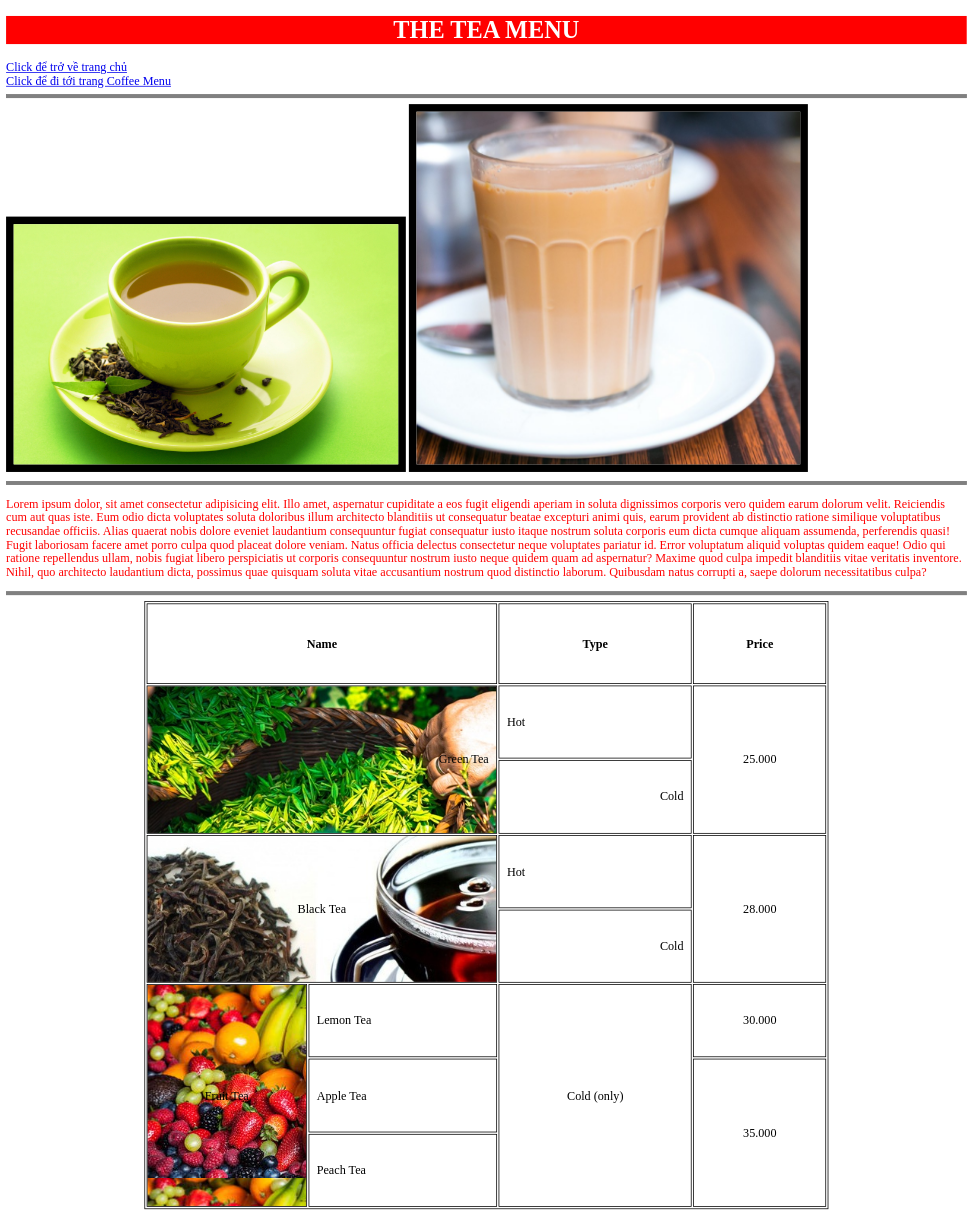
Repository: giahuy405/HomeWork_Coffee
Page: tea.html
An editor plug-in stored every save of this project. The page is shown before and after the next save, followed by the edit.
The browser window is 1280 px wide. The pictures show the whole page, at 76% of full size.

Above is the page before, as saved 2022-09-07 11:48:29.

After the next save:
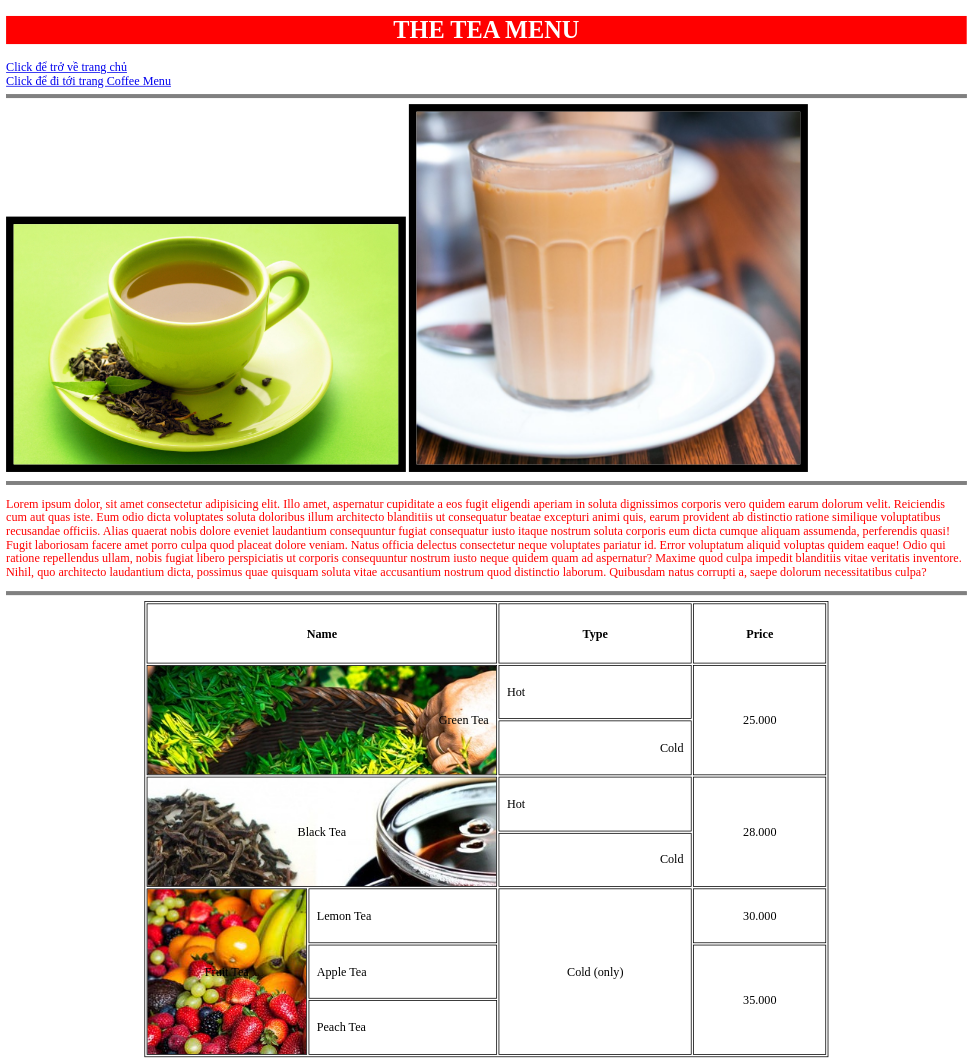
Saved 15 s later.
--- a/css/tea.css
+++ b/css/tea.css
@@ -5,7 +5,7 @@ table,th,td{
 }
 table{
     width: 900px;
-    height: 800px;
+    height: 600px;
     margin: 0 auto;
 }
 table td{
